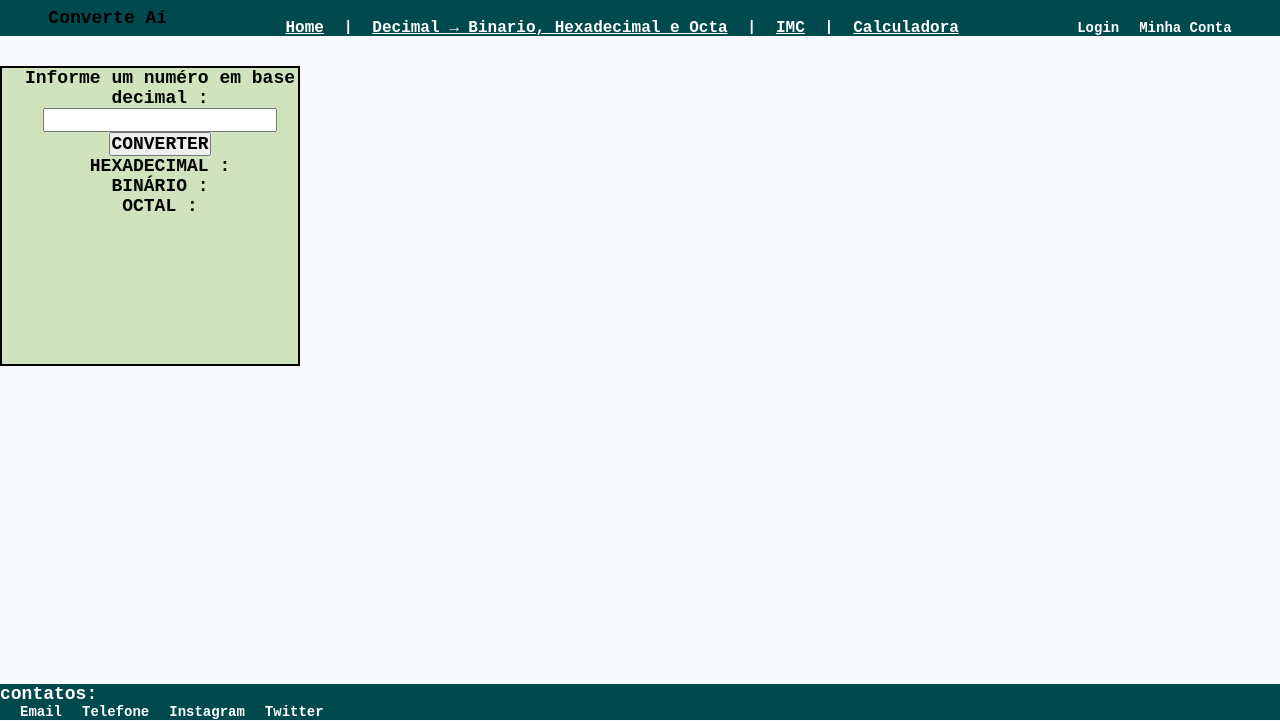
Repository: Frav1u/converteai
Page: ConverteAi/src/main/webapp/decimalParaBinario.html
These files come from the project's save history. The page is drawn as it stood at one moment and after the next save; the edit follows.
The browser window is 1280 px wide. The pictures show the whole page.
Some web fonts or font styles are not loaded; a fallback is used.

Above is the page before, as saved 2023-10-01 01:17:00.

After the next save:
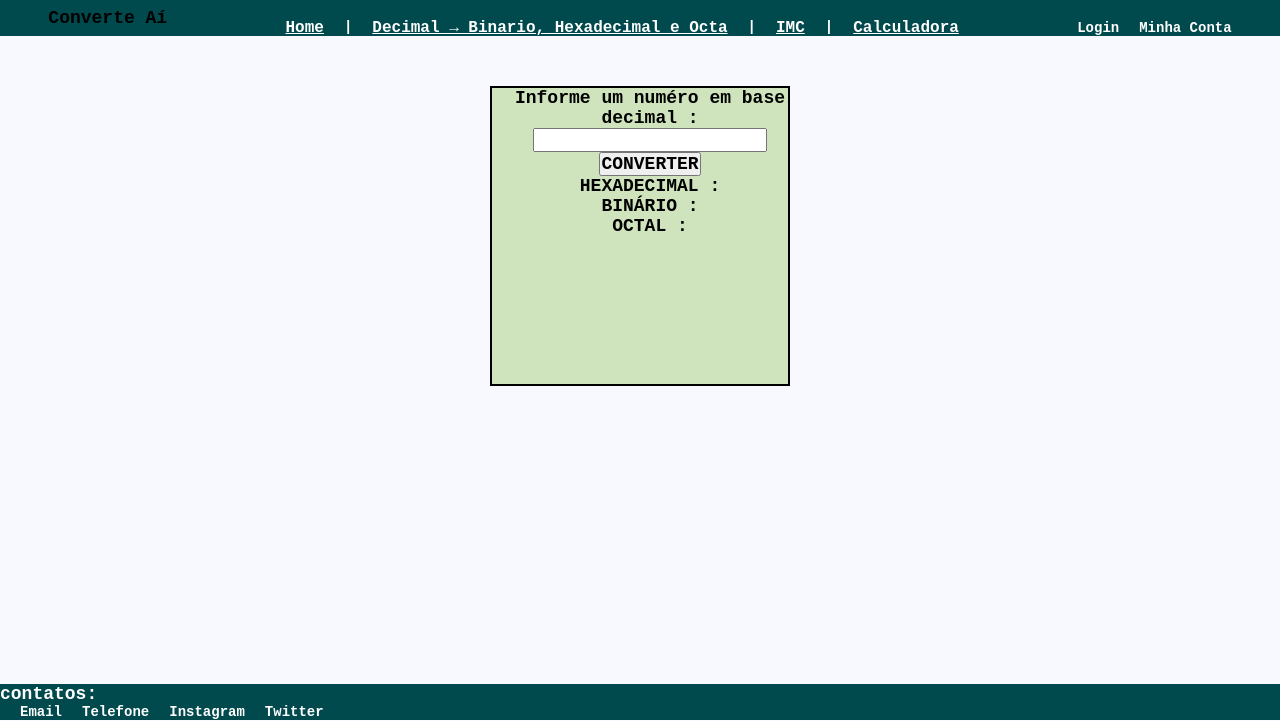
Saved 4 min 53 s later.
--- a/ConverteAi/src/main/webapp/descparabina.css
+++ b/ConverteAi/src/main/webapp/descparabina.css
@@ -102,6 +102,7 @@ conversorBase{
 	width: 300px;
 	background-color: #CFE4BC;
 	border: 2px solid black;
+	margin: 20px auto;
 }
 
 .ulconversor{
